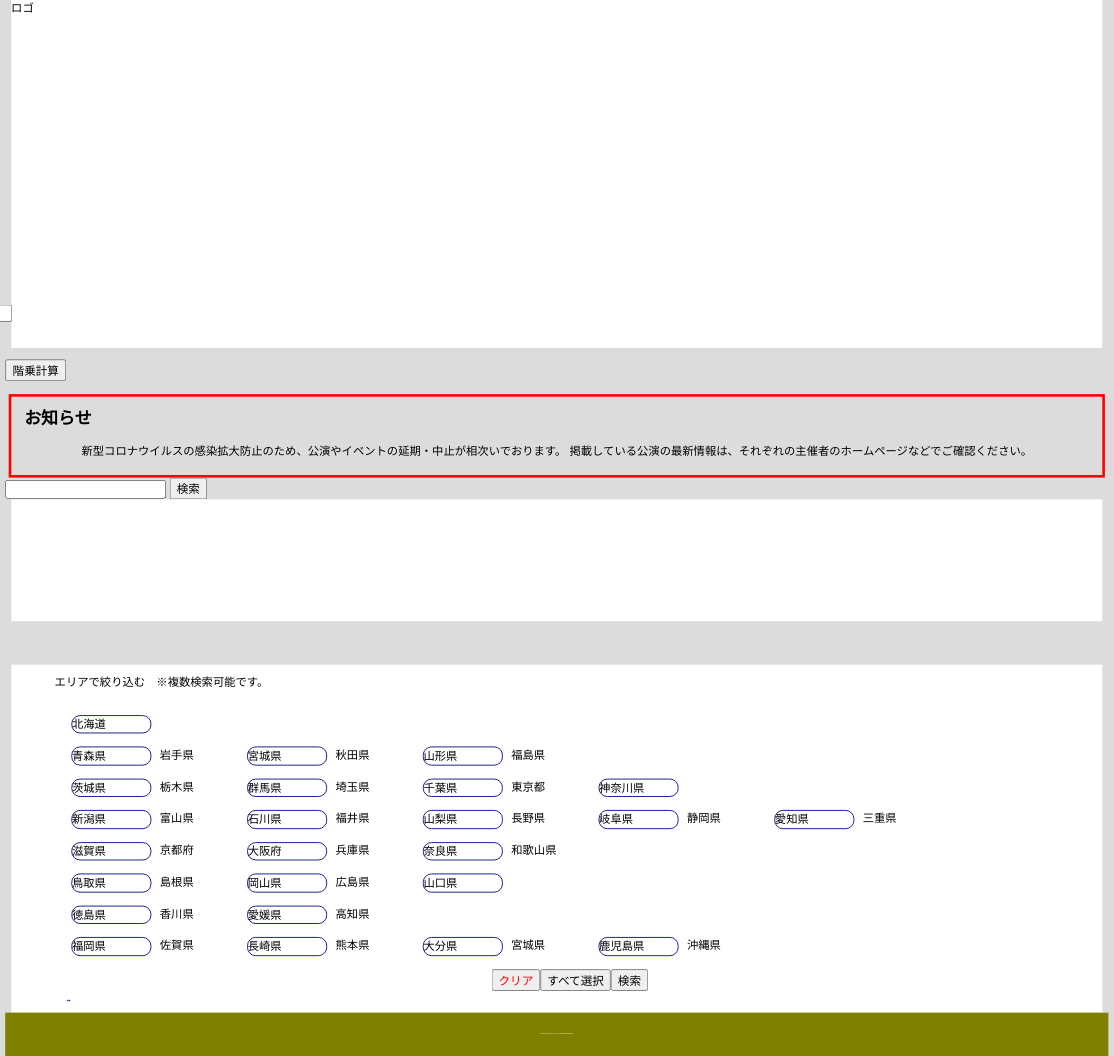
Repository: onomasaki-sapporo/masa-walker
Page: http://localhost/
The author's editor kept a record of every edit. The page is drawn from the files as they stood at one moment, then again after the next edit.
The browser window is 1280 px wide. The pictures show the whole page, at 87% of full size.
The page is run by PHP 8.4 with error messages shown; the project is at /var/www/html/. Queries for data that is not in the repository find no rows.

Above is the page before.

After the next edit:
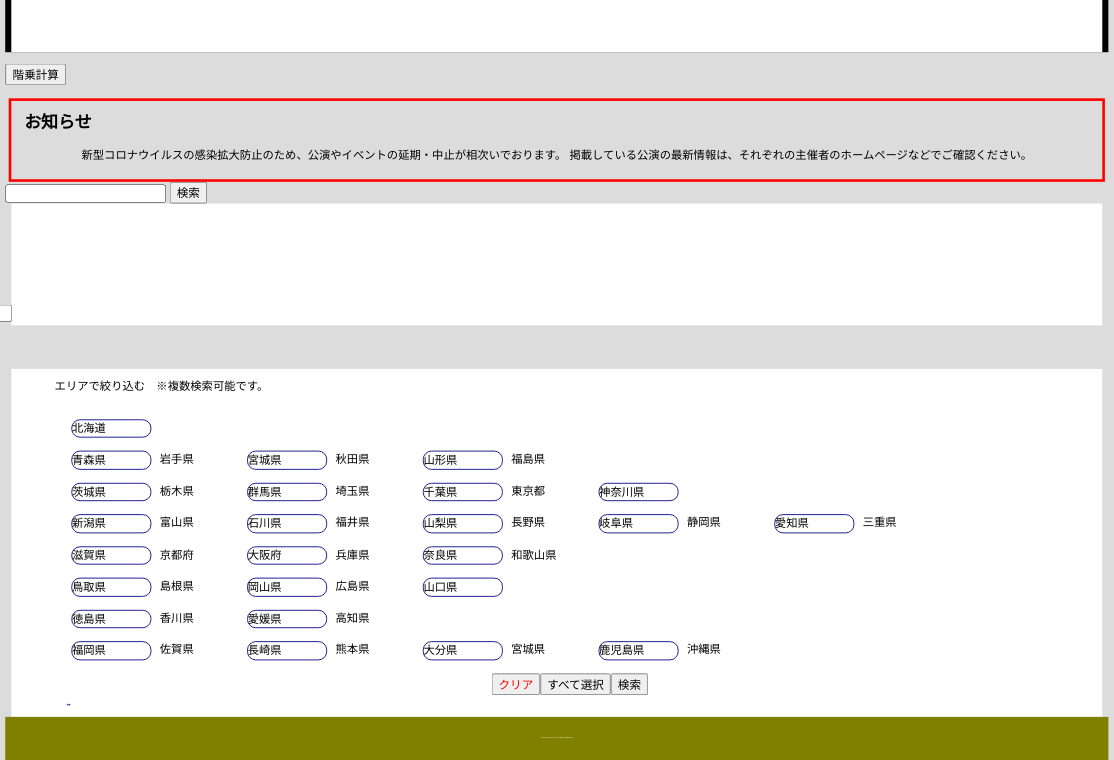
The edit:
--- a/htdocs/css/stylesheet.1.css
+++ b/htdocs/css/stylesheet.1.css
@@ -18,11 +18,19 @@
 }
 
 /*----- ヘッダー -----*/
-#header {
-	height: 100px;
-	min-width: 1150px;
-	background-color: #808000;
-	color: #fff;
+.header {
+	color: #fff;
+	background-color: #000;
+}
+
+.header > .container {
+	height: 60px;
+	display: flex;
+	align-items: center;
+}
+
+.area_logo_header {
+	display: block;
 }
 
 
